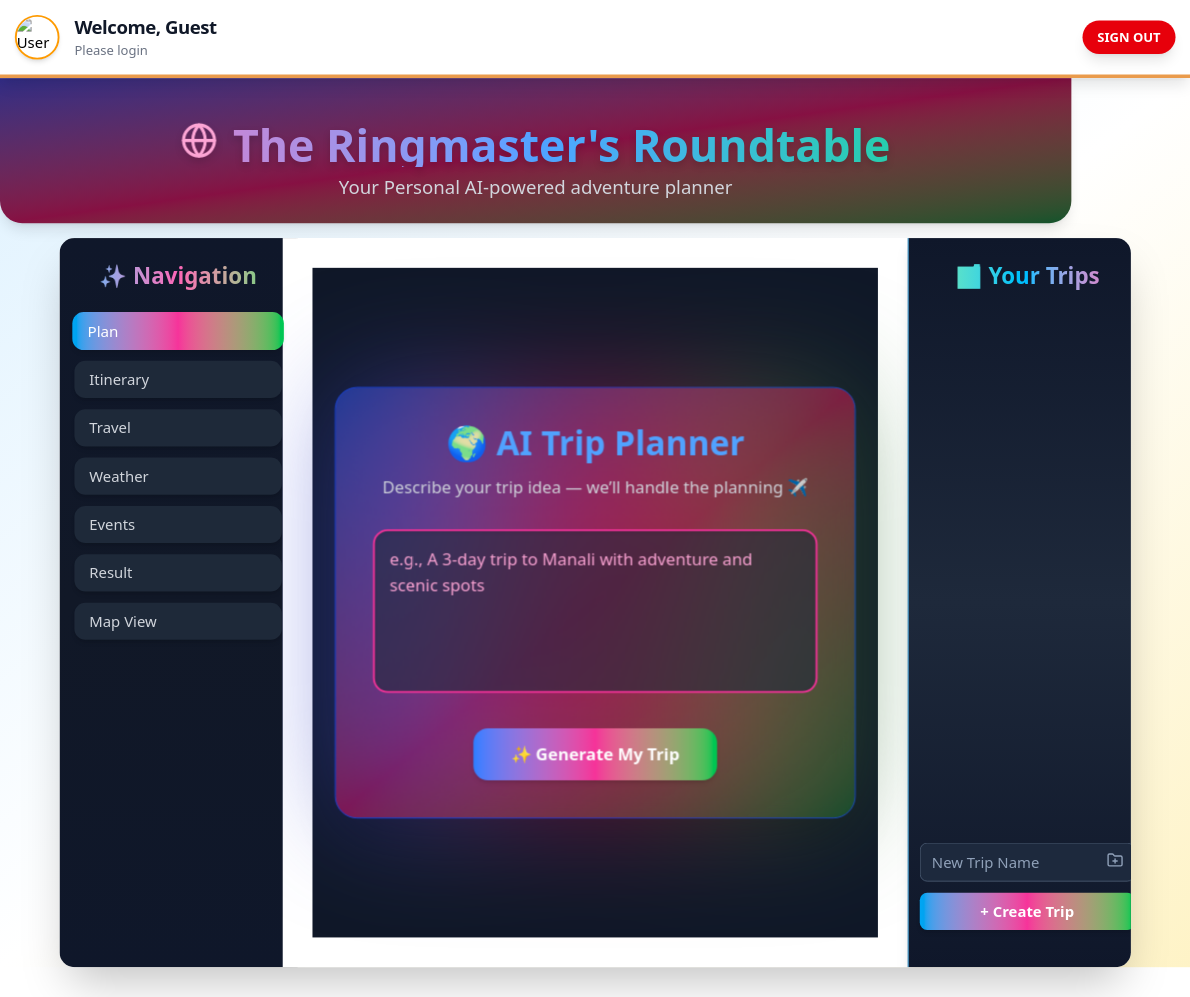
Repository: vega2006/The-Ringmaster-s-Roundtable
Page: /prompt (app in client/)
The author's editor kept a copy of each file at every save. The page is drawn from the files as they stood at one save, then again after the next save.
The browser window is 1280 px wide. The pictures show the whole page, at 93% of full size.
The page's requests for data from a server got no answer. The project was rebuilt for these pictures with package versions that can differ from the ones it lists, and the page was loaded fresh each time. No one was signed in, and anything a server would have sent is missing. Also part of the build but not shown: client/vite.config.js, client/src/components/GoogleLogin.jsx, client/src/components/NotFound.jsx, client/src/components/Sidebar.jsx, client/src/components/PlanInput.jsx, client/src/components/WeatherContent.jsx, client/src/components/TravelContent.jsx, client/src/components/ItineraryContent.jsx and 9 more.

Above is the page before, as saved 2025-10-10 20:52:01.

### client/src/App.jsx


import { GoogleOAuthProvider } from "@react-oauth/google";
import GoogleLogin from "./components/GoogleLogin";
import { BrowserRouter, Route, Routes, Navigate } from 'react-router-dom';
import { useState } from 'react';
import RefreshHandler from './components/RefreshHandler';
import NotFound from './components/NotFound';
import Dashboard from "./pages/Dashboard";
import Home from "./pages/Home";
import AIDashboard from "./pages/AIDashboard";
export default function App() {
  const [isAuthenticated, setIsAuthenticated] = useState(false);

  const GoogleWrapper = () => (
    <GoogleOAuthProvider clientId="1054190178825-cc3eg87b9uvh9hfn384ge5sqe5hq9l5v.apps.googleusercontent.com">
      <GoogleLogin />
    </GoogleOAuthProvider>
  );

  const PrivateRoute = ({ element }) => {
    return isAuthenticated ? element : element;
  };

  return (
    <BrowserRouter>
      <RefreshHandler setIsAuthenticated={setIsAuthenticated} />
      <Routes>
        {/* Public route for the Home page, where users can sign in */}
        <Route path="/" element={<Home isAuthenticated={isAuthenticated} />} />

        {/* This is the login page. Redirect to home after login. */}
        <Route path="/login" element={<GoogleWrapper />} />

        {/* This is the protected dashboard route */}
        <Route path='/dashboard' element={<PrivateRoute element={<Dashboard />} />} />
         <Route path='/prompt' element={<PrivateRoute element={<AIDashboard />} />} />

        {/* Catch-all route for invalid URLs */}
        <Route path="*" element={<NotFound />} />
      </Routes>
    </BrowserRouter>
  );
}

### client/src/components/RefreshHandler.jsx
import React, { useEffect } from 'react';
import { useLocation, useNavigate } from 'react-router-dom';

function RefrshHandler({ setIsAuthenticated }) {
    const location = useLocation();
    const navigate = useNavigate();

    useEffect(() => {
        const data = localStorage.getItem('user-info');
        const token = JSON.parse(data)?.token;
        if (token) {
            setIsAuthenticated(true);
            if (location.pathname === '/' ||
                location.pathname === '/login'
            ) {
                navigate('/dashboard', { replace: false });
            }
        }
    }, [location, navigate, setIsAuthenticated])

    return (
        null
    )
}

export default RefrshHandler

### client/src/pages/AIDashboard.jsx
import { TripProvider } from "../contexts/TripContext";
import AppHeader from "../components/AppHeader";
import PromptBasedSidebar from "../components/PromptBasedSideBar";
import MainContent from "../components/MainContent";
import AIContentRouter from "../components/AIContentRouter";
import React, { useEffect, useState } from 'react'
import { useNavigate } from 'react-router-dom';
import RightSidebar from "../components/TabBar";
const AIDashboard = () => {

  const [userInfo, setUserInfo] = useState(null);
  const navigate = useNavigate();

  useEffect(() => {
    const data = localStorage.getItem('user-info');
    const userData = JSON.parse(data);
    setUserInfo(userData);
  }, [])

  const handleLogout = () => {
    localStorage.removeItem('user-info');
    navigate('/login');
  }


  return (
    <div>
      <div className="sticky top-0 z-10 bg-white shadow-lg p-3 sm:p-4 border-b-4 border-amber-600/70">
        <div className="max-w-7xl mx-auto flex justify-between items-center">

          {/* User Info Display */}
          <div className="flex items-center space-x-4">
            <img
              className="w-12 h-12 rounded-full object-cover shadow-md border-2 border-amber-500"
              src={userInfo?.image}
              alt={userInfo?.name || 'User'}
              onError={(e) => { e.target.onerror = null; e.target.src = "https://placehold.co/40x40/FFC107/333?text=?" }}
            />
            <div className="hidden sm:block">
              <h1 className="text-xl font-bold text-gray-900 tracking-tight">Welcome, {userInfo?.name || 'Guest'}</h1>
              <h3 className="text-sm text-gray-500">{userInfo?.email || 'Please login'}</h3>
            </div>
            <div className="sm:hidden text-lg font-bold text-gray-900">
              {userInfo?.name ? `Hello, ${userInfo.name.split(' ')[0]}!` : 'Hello!'}
            </div>
          </div>

          {/* Logout Button (Stylized and positioned on the right) */}
          <button
            onClick={handleLogout}
            className="px-4 py-2 bg-red-600 text-white font-semibold rounded-full shadow-lg hover:bg-red-700
                                   transition duration-150 transform hover:scale-[1.02] active:scale-95
                                   focus:outline-none focus:ring-4 focus:ring-red-300 uppercase text-sm"
          >
            Sign Out
          </button>
        </div>
      </div>

      <TripProvider>

        <div className="min-h-screen bg-gradient-to-br from-sky-100 via-white to-amber-100 font-inter">
          <AppHeader />
          <div className="max-w-6xl mx-auto grid grid-cols-1 md:grid-cols-[240px_1fr_240px] bg-white shadow-2xl rounded-2xl overflow-hidden mt-4 mb-8">
            <PromptBasedSidebar />  {/* Left Sidebar */}

            <MainContent>
              <AIContentRouter />
            </MainContent>        {/* Main content */}

            <RightSidebar userId={userInfo?.id} /> {/* Right Sidebar */}
          </div>

        </div>
      </TripProvider>

    </div>
  )
}
export default AIDashboard

### client/src/api/api.jsx
import axios from "axios";

const API_BASE = `${import.meta.env.VITE_BACKEND_URL}/api`;


const api = axios.create({
    baseURL: "http://localhost:4000/auth/",
    // withCredentials: true,
});

export const googleAuth = (code) => api.get(`/google?code=${code}`);


export const getWeather = (city, travelDate) =>
  axios.get(`${API_BASE}/weather?city=${encodeURIComponent(city)}&travelDate=${encodeURIComponent(travelDate)}`);
;

export const getRoute = (origin, destination, travelDate) =>
  axios.get(`${API_BASE}/maps?origin=${encodeURIComponent(origin)}&destination=${encodeURIComponent(destination)}&travelDate=${encodeURIComponent(travelDate)}`);


export const getEvents = (destination, startTravelDate, endTravelDate) =>
  axios.get(`${API_BASE}/events`, {
    params: {
      city: destination,
      startDate: startTravelDate,
      endDate: endTravelDate,
    },
  });

export const getTripBudget = async (payload) => {
  // console.log(payload);
  return axios.post(`${API_BASE}/budget`, payload);
};


export const getItinerary = async (destination,startDate, endDate) => {
  return axios.post(`${API_BASE}/itinerary/generate`, {
      destination,
      startDate,
      endDate,
    });
};

### client/src/components/AppHeader.jsx
import React from 'react';
import { Globe } from 'lucide-react';

const AppHeader = () => (
  <div className="w-full max-w-6xl text-center pt-12 pb-6 bg-gradient-to-br from-indigo-900 via-pink-900 to-green-900 rounded-b-3xl shadow-lg">
    <h1 className="text-4xl sm:text-5xl font-extrabold text-transparent bg-clip-text bg-gradient-to-r from-pink-400 via-blue-400 to-green-400 drop-shadow-lg flex items-center justify-center mx-auto">
      <Globe className="w-8 h-8 sm:w-10 sm:h-10 mr-4 text-pink-300 animate-bounce" />
      The Ringmaster's Roundtable
    </h1>
    <p className="text-center text-lg sm:text-xl text-gray-300 mt-2">
      Your Personal AI-powered adventure planner
    </p>
  </div>
);

export default AppHeader;

### client/src/components/MainContent.jsx
export default function MainContent({ children }) {
  return (
    <main className="p-8 bg-white overflow-y-auto">
      {children}
    </main>
  );
}

### client/src/components/PlanByPrompt.jsx
import { useState } from "react";
import { useTrip } from "../contexts/TripContext";
import { motion } from "framer-motion";

const getTodayDate = () => {
  const today = new Date();
  const year = today.getFullYear();
  const month = String(today.getMonth() + 1).padStart(2, "0");
  const day = String(today.getDate()).padStart(2, "0");
  return `${year}-${month}-${day}`;
};

export default function PlanByPrompt() {
  const [prompt, setPrompt] = useState("");
  const [isLoading, setIsLoading] = useState(false);
  const {
    setActiveTab,
    setOrigin,
    setDestination,
    setManualWeather,
    setItinerary,
    setManualRoute,
    setEvents,
    setAIResult,
    tabId
  } = useTrip();

  const userData = JSON.parse(localStorage.getItem("user-info"));
  const userId = userData?.userId;

  const generate = async () => {
    if (!prompt.trim()) {
      alert("Please describe your trip before generating!");
      return;
    }

    setIsLoading(true);
    try {
      const response = await fetch("http://localhost:4000/api/mcp-server", {
        method: "POST",
        headers: { "Content-Type": "application/json" },
        body: JSON.stringify({ prompt, userId, tripId: tabId }),
      });

      const data = await response.json();
      setOrigin(data.trip.origin);
      setDestination(data.trip.destination);
      setManualWeather(data.trip.weather);
      setItinerary(data.trip.itinerary);
      setManualRoute({
        origin: data.trip.origin,
        destination: data.trip.destination,
        routes: data.trip.route,
      });
      setEvents(data.trip.events);
      setAIResult(data.trip.finalResponse.kwargs.content);
      setActiveTab("Result");
    } catch (err) {
      console.error("Error generating trip plan:", err);
      alert("Failed to generate trip plan. Please try again.");
    } finally {
      setIsLoading(false);
    }
  };

  return (
    <div className="min-h-screen flex items-center justify-center bg-gray-900 p-6">
      <motion.div
        initial={{ opacity: 0, y: 40 }}
        animate={{ opacity: 1, y: 0 }}
        transition={{ duration: 0.6, ease: "easeOut" }}
        className="relative w-full max-w-3xl rounded-3xl shadow-2xl bg-gradient-to-br from-blue-900 via-pink-900 to-green-900/80 border border-blue-700 p-10 backdrop-blur-md"
      >
        {/* Header */}
        <h1 className="text-4xl font-extrabold text-center mb-3 text-blue-400">
          🌍 AI Trip Planner
        </h1>
        <p className="text-gray-300 text-center mb-8 text-lg">
          Describe your trip idea — we’ll handle the planning ✈️
        </p>

        {/* Prompt Box */}
        <motion.textarea
          whileFocus={{ scale: 1.02 }}
          placeholder="e.g., A 3-day trip to Manali with adventure and scenic spots"
          value={prompt}
          onChange={(e) => setPrompt(e.target.value)}
          rows="5"
          className="w-full p-4 rounded-2xl border-2 border-pink-500 shadow-inner focus:ring-2 focus:ring-green-400 outline-none text-lg resize-none bg-gray-800/60 text-white placeholder-pink-300 transition-all duration-200"
        />

        {/* Generate Button */}
        <div className="flex justify-center mt-8">
          <motion.button
            whileHover={{ scale: 1.05 }}
            whileTap={{ scale: 0.97 }}
            onClick={generate}
            disabled={isLoading}
            className={`px-10 py-3.5 text-lg font-semibold rounded-2xl shadow-md transition-all duration-300
              ${
                isLoading
                  ? "bg-green-600 cursor-not-allowed text-gray-200"
                  : "bg-gradient-to-r from-blue-500 via-pink-500 to-green-500 text-white hover:shadow-lg"
              }`}
          >
            {isLoading ? "Planning your adventure..." : "✨ Generate My Trip"}
          </motion.button>
        </div>

        {/* Decorative Glow */}
        <div className="absolute -z-10 inset-0 rounded-3xl blur-3xl opacity-50 bg-gradient-to-r from-blue-700 via-pink-700 to-green-700"></div>
      </motion.div>
    </div>
  );
}

### client/src/components/PromptBasedSideBar.jsx
import { useTrip } from "../contexts/TripContext";
import { TABS } from "../utils/PromptBasedConstants";

export default function PromptBasedSidebar() {
  const { activeTab, setActiveTab, isResultAvailable } = useTrip();

  return (
    <aside className="bg-gradient-to-b from-[#0f172a] via-[#111827] to-[#0f172a] border-r border-gray-800 py-6 px-4 w-64 flex flex-col shadow-xl overflow-y-auto scrollbar-thin scrollbar-thumb-sky-600 scrollbar-track-sky-900">
      <h2 className="text-2xl font-semibold mb-6 text-center text-transparent bg-clip-text bg-gradient-to-r from-sky-400 via-pink-400 to-green-400">
        ✨ Navigation
      </h2>

      <nav className="flex flex-col space-y-3">
        {TABS.map((tab) => {
          const isDisabled = tab !== "Plan" && !isResultAvailable;
          const isActive = activeTab === tab;

          return (
            <button
              key={tab}
              disabled={isDisabled}
              onClick={() => !isDisabled && setActiveTab(tab)}
              className={`px-4 py-2 rounded-xl font-medium text-left transition-all duration-300 shadow-md
                ${
                  isActive
                    ? "bg-gradient-to-r from-sky-500 via-pink-500 to-green-500 text-white shadow-lg scale-[1.02]"
                    : "bg-gray-800 text-gray-300 hover:bg-gradient-to-r hover:from-sky-900 hover:via-pink-900 hover:to-green-900 hover:text-white"
                }
                ${isDisabled ? "opacity-50 cursor-not-allowed" : ""}
              `}
            >
              {tab}
            </button>
          );
        })}
      </nav>
    </aside>
  );
}

### client/src/components/AIContentRouter.jsx
import { useTrip } from "../contexts/TripContext";
import PlanByPrompt from "./PlanByPrompt";
import WeatherContent from "./WeatherContent";
import TravelContent from "./TravelContent";
import PromptBasedItinerary from "./PromptBasedItinerary";
import BudgetContent from "./BudgetContent";
import PromptBasedEvents from "./PromptBasedEvents";
import AIresult from "./AIresult";
import GoogleMapView from "./GoogleMapView";
export default function AIContentRouter() {
  const { activeTab } = useTrip();

  switch (activeTab) {
    case "Plan": return <PlanByPrompt/>;
    case "Result": return <AIresult/>;
    case "Weather": return <WeatherContent />;
    case "Travel": return <TravelContent />;
    case "Itinerary": return <PromptBasedItinerary/>;
    case "Budget": return <BudgetContent />;
    case "Events": return < PromptBasedEvents/>;
    case "Map View": return < GoogleMapView/>;
    default: return <PlanByPrompt />;
  }
}

### client/src/utils/constants.jsx
export const API_KEY = "";
export const API_URL = `https://generativelanguage.googleapis.com/v1beta/models/gemini-2.5-flash-preview-05-20:generateContent?key=${API_KEY}`;

export const TABS = ["Plan", "Itinerary", "Budget", "Travel", "Weather", "Events","Result"];

export const RESPONSE_SCHEMA = {
  type: "OBJECT",
  properties: {
    destination: { type: "STRING" },
    duration_days: { type: "NUMBER" },
    summary: { type: "STRING" },
    itinerary: {
      type: "ARRAY",
      items: {
        type: "OBJECT",
        properties: {
          day: { type: "NUMBER" },
          date: { type: "STRING" },
          activities: { type: "ARRAY", items: { type: "STRING" } },
        },
      },
    },
  },
};

### client/src/utils/PromptBasedConstants.jsx
export const API_KEY = "";
export const API_URL = `https://generativelanguage.googleapis.com/v1beta/models/gemini-2.5-flash-preview-05-20:generateContent?key=${API_KEY}`;

export const TABS = ["Plan", "Itinerary","Travel", "Weather", "Events","Result","Map View"];

export const RESPONSE_SCHEMA = {
  type: "OBJECT",
  properties: {
    destination: { type: "STRING" },
    duration_days: { type: "NUMBER" },
    summary: { type: "STRING" },
    itinerary: {
      type: "ARRAY",
      items: {
        type: "OBJECT",
        properties: {
          day: { type: "NUMBER" },
          date: { type: "STRING" },
          activities: { type: "ARRAY", items: { type: "STRING" } },
        },
      },
    },
  },
};

Loaded but not shown: client/index.html (common file); client/src/main.jsx (common file); client/src/index.css (common file); client/src/components/TabBar.jsx (186 lines, source omitted); client/src/contexts/TripContext.jsx (197 lines, source omitted)

After the next save:
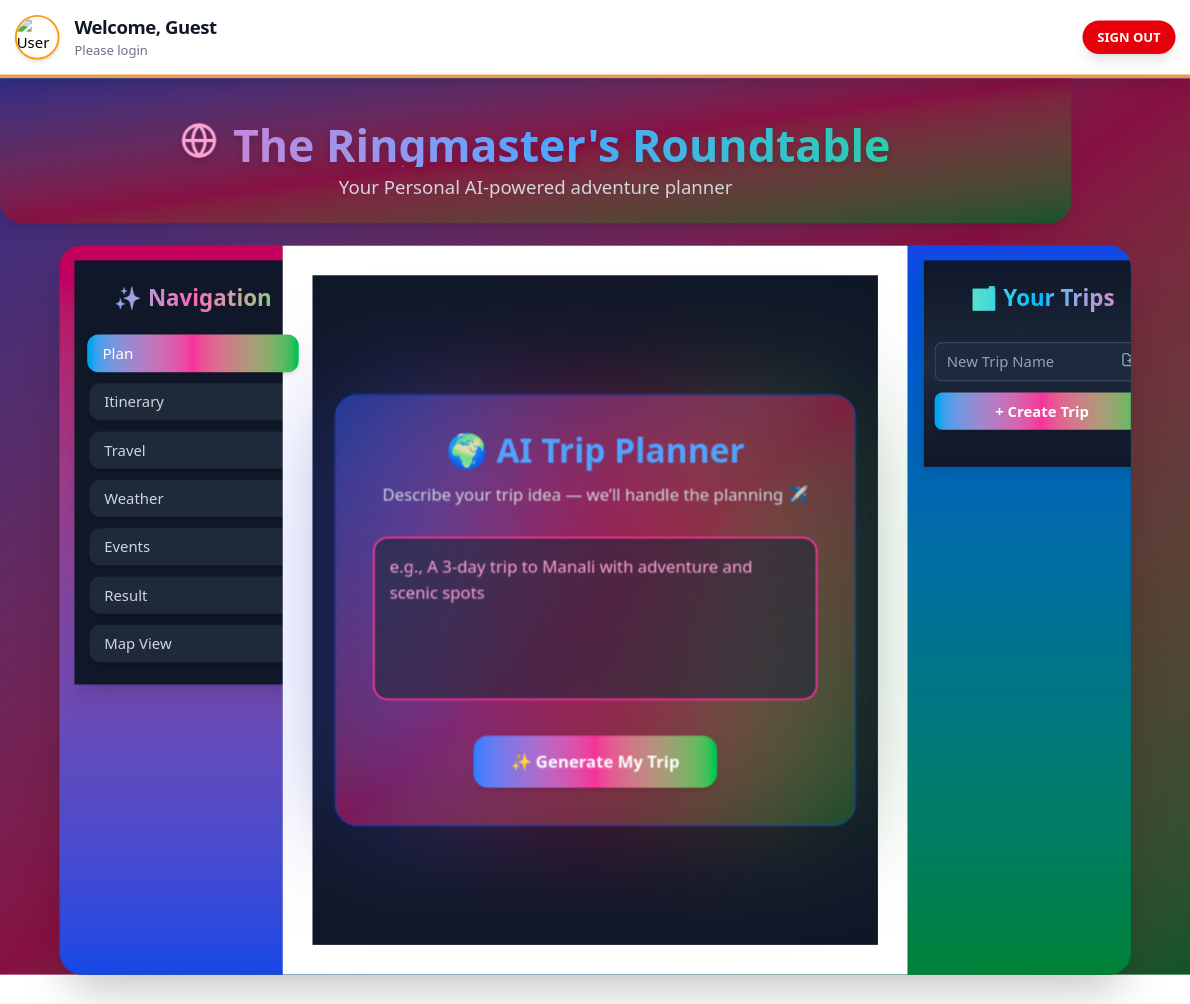
Saved 51 s later.
--- a/client/src/pages/AIDashboard.jsx
+++ b/client/src/pages/AIDashboard.jsx
@@ -59,19 +59,31 @@ const AIDashboard = () => {
 
       <TripProvider>
 
-        <div className="min-h-screen bg-gradient-to-br from-sky-100 via-white to-amber-100 font-inter">
-          <AppHeader />
-          <div className="max-w-6xl mx-auto grid grid-cols-1 md:grid-cols-[240px_1fr_240px] bg-white shadow-2xl rounded-2xl overflow-hidden mt-4 mb-8">
-            <PromptBasedSidebar />  {/* Left Sidebar */}
+       <div className="min-h-screen bg-gradient-to-br from-indigo-900 via-pink-900 to-green-900 font-inter text-white">
+  <AppHeader />
 
-            <MainContent>
-              <AIContentRouter />
-            </MainContent>        {/* Main content */}
+  <div className="max-w-6xl mx-auto grid grid-cols-1 md:grid-cols-[240px_1fr_240px]
+                  bg-gradient-to-br from-pink-800 via-blue-800 to-green-800
+                  shadow-2xl rounded-3xl overflow-hidden mt-6 mb-8">
 
-            <RightSidebar userId={userInfo?.id} /> {/* Right Sidebar */}
-          </div>
+    {/* Left Sidebar */}
+    <div className="bg-gradient-to-b from-pink-700 to-blue-700 p-4">
+      <PromptBasedSidebar />
+    </div>
 
-        </div>
+    {/* Main Content */}
+    <MainContent>
+      <AIContentRouter />
+    </MainContent>
+
+    {/* Right Sidebar */}
+    <div className="bg-gradient-to-b from-blue-700 to-green-700 p-4">
+      <RightSidebar userId={userInfo?.id} />
+    </div>
+
+  </div>
+</div>
+
       </TripProvider>
 
     </div>
